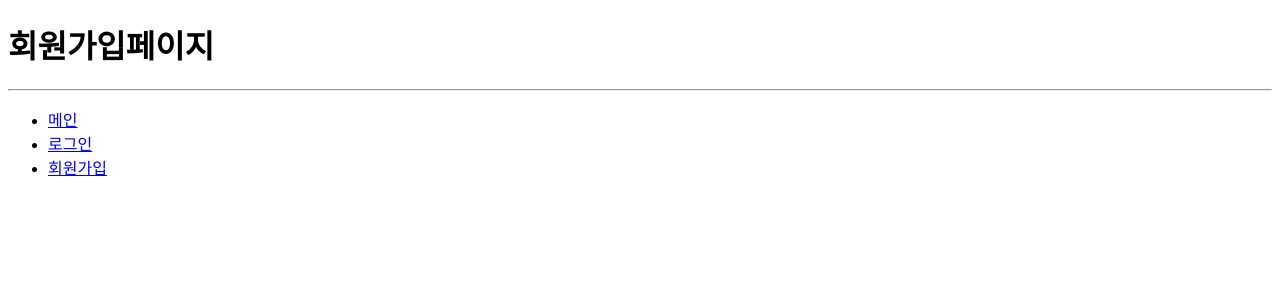
Repository: sunandjun/jspwork
Page: http://localhost/cos/join.jsp
These files come from the project's save history. The page is drawn as it stood at one moment and after the next save; the edit follows.
The browser window is 1280 px wide. The pictures show the whole page.
The page is served by Tomcat 9.

Above is the page before, as saved 2020-08-22 02:42:18.

After the next save:
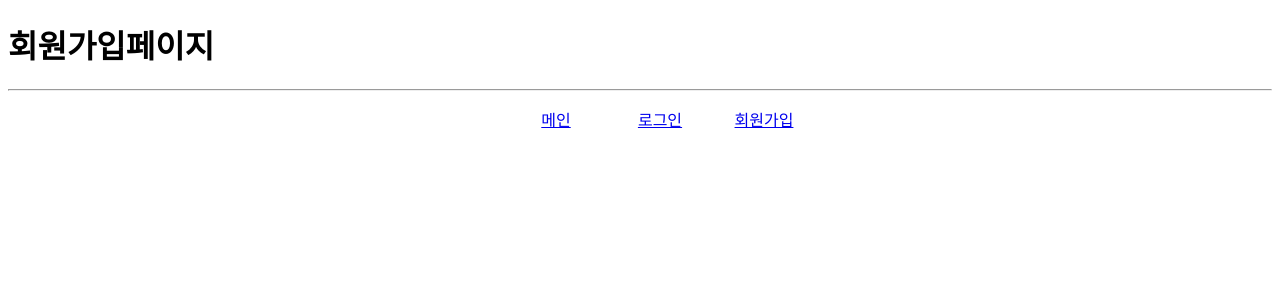
Saved 25 s later.
--- a/cos/WebContent/join.jsp
+++ b/cos/WebContent/join.jsp
@@ -5,6 +5,17 @@
 <head>
 <meta charset="UTF-8">
 <title>회원가입페이지</title>
+<style type="text/css">
+	ul {
+		text-align: center;
+	}
+
+	li {
+		display: inline-block;
+		width: 100px;
+	}
+
+</style>
 </head>
 <body>
 <h1>회원가입페이지</h1>
